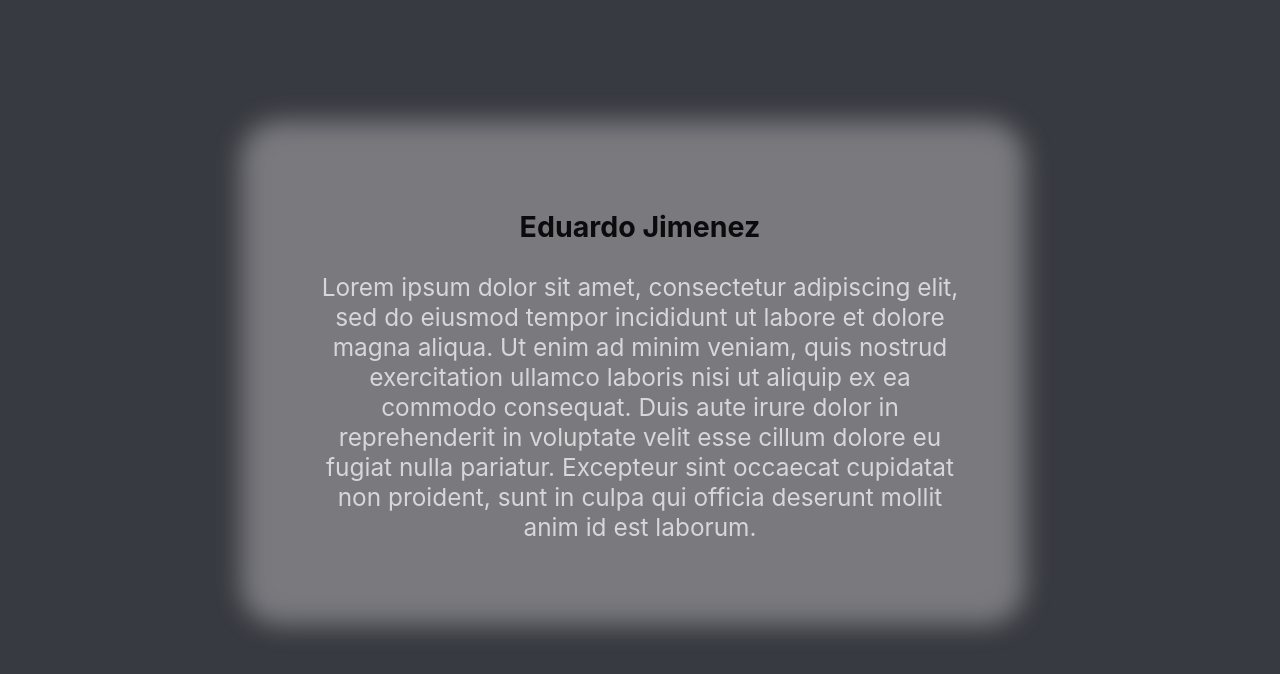
Repository: l8nightswithJS/react-my-portfolio
Page: /
The author's editor kept a copy of each file at every save. The page is drawn from the files as they stood at one save, then again after the next save.
The browser window is 1280 px wide. The pictures show the whole page.
The project was rebuilt for these pictures with package versions that can differ from the ones it lists, and the page was loaded fresh each time.

Above is the page before, as saved 2021-04-29 12:37:10.

### src/App.js
import SplashPage from './pages/splashPage';

function App() {
  return (
    <SplashPage />
  );
}

export default App;

### src/pages/splashPage.js
import '../App.css';

function SplashPage() {
    return (
        <div className="App">
            <header className="App-header">
                <section>
                    <article>
                        <h1>Eduardo Jimenez</h1>
                        <p>Lorem ipsum dolor sit amet, consectetur adipiscing elit, sed do eiusmod tempor incididunt ut labore et dolore magna aliqua. Ut enim ad minim veniam, quis nostrud exercitation ullamco laboris nisi ut aliquip ex ea commodo consequat. Duis aute irure dolor in reprehenderit in voluptate velit esse cillum dolore eu fugiat nulla pariatur. Excepteur sint occaecat cupidatat non proident, sunt in culpa qui officia deserunt mollit anim id est laborum.</p>
                    </article>
                </section>
            </header>
        </div>
    );
}

export default SplashPage;

### src/App.css
.App {
  height: 100vh;
  width: 100%;
  text-align: center;
  background-color: rgb(56, 58, 65);
}

section {
  position: fixed;
  top: 0;
  bottom: 0;
  left: 0;
  right: 0;
  background-color: rgb(139, 138, 142);
  height: 50vh;
  width: 50vw;
  margin: auto;
  font-size: calc(10px + 2vmin);
  color: white;
  box-shadow: -1vh 1vw 2vw 10vh rgb(139, 138, 142);
  opacity: .8;
  border-radius: 1.5vh;
}

h1 {
  color: black;
}

Loaded but not shown: public/index.html (common file); src/index.js (common file); src/index.css (common file); src/reportWebVitals.js (common file)

After the next save:
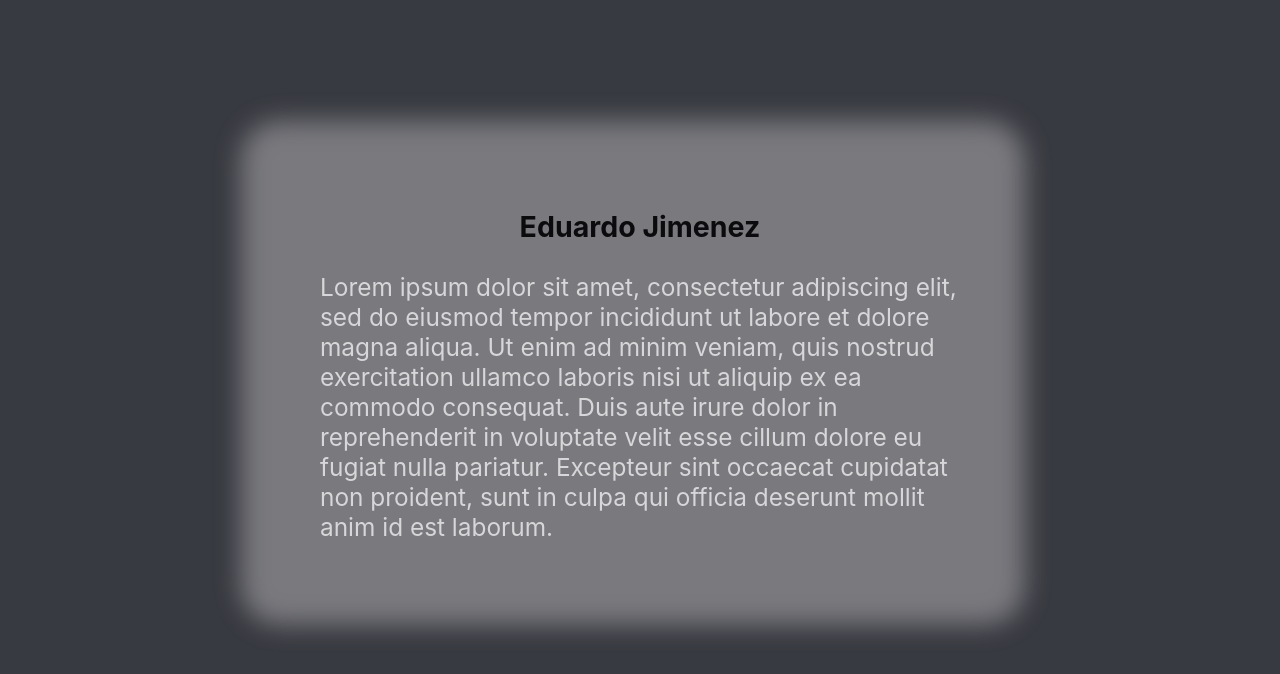
Saved 40 s later.
--- a/src/App.css
+++ b/src/App.css
@@ -1,7 +1,7 @@
 .App {
   height: 100vh;
   width: 100%;
-  text-align: center;
+
   background-color: rgb(56, 58, 65);
 }
 
@@ -23,5 +23,6 @@ section {
 }
 
 h1 {
+  text-align: center;
   color: black;
 }
